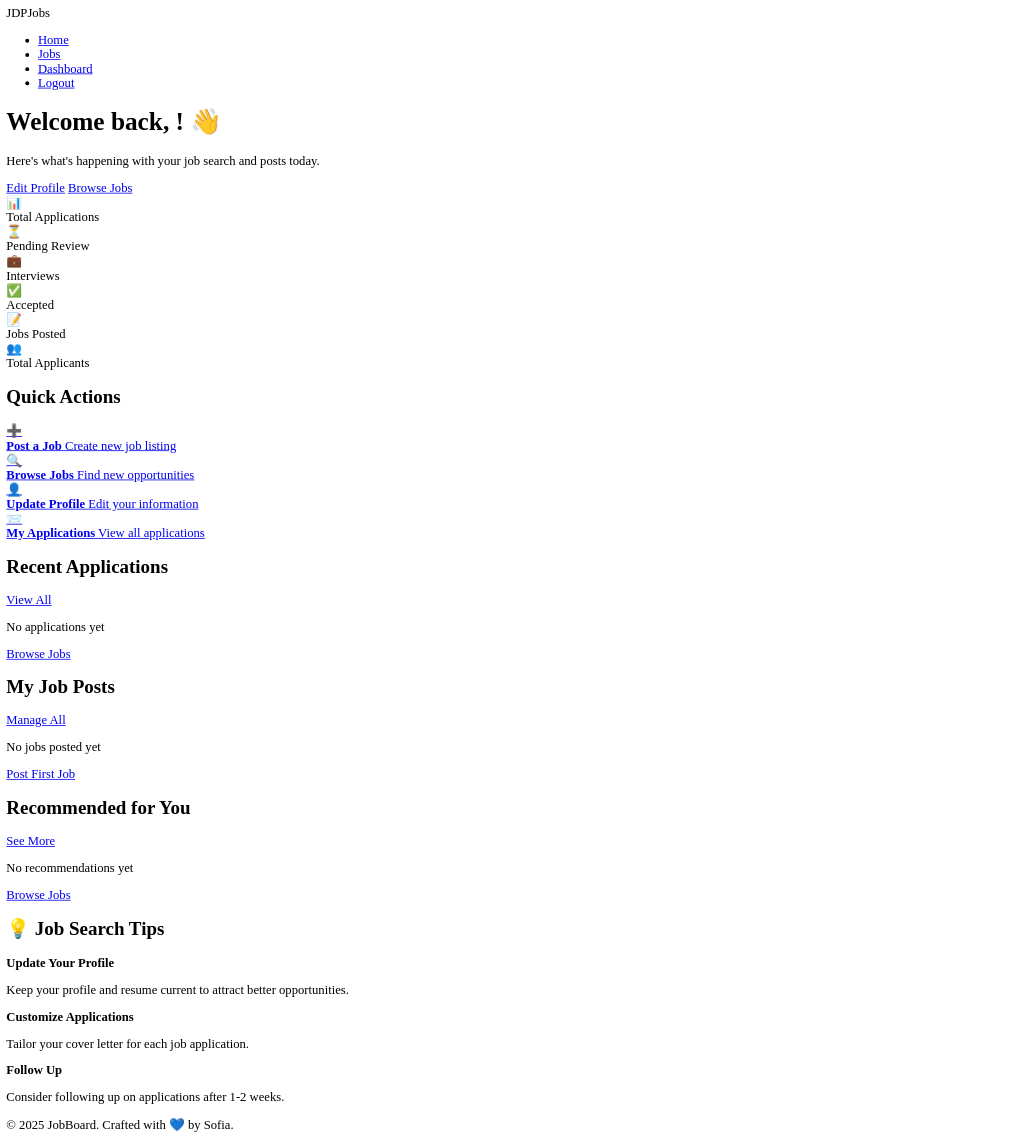
Repository: sofia123776/jobboard
Page: jobs/templates/jobs/dashboard.html
The author's editor kept a copy of each file at every save. The page is drawn from the files as they stood at one save, then again after the next save.
The browser window is 1280 px wide. The pictures show the whole page, at 79% of full size.
The template is drawn by Django 5.2. The application's start-up code is not run. The template is opened directly, without the code that normally fills it, so the values that code supplies are empty.

Above is the page before, as saved 2025-10-13 14:06:36.

After the next save:
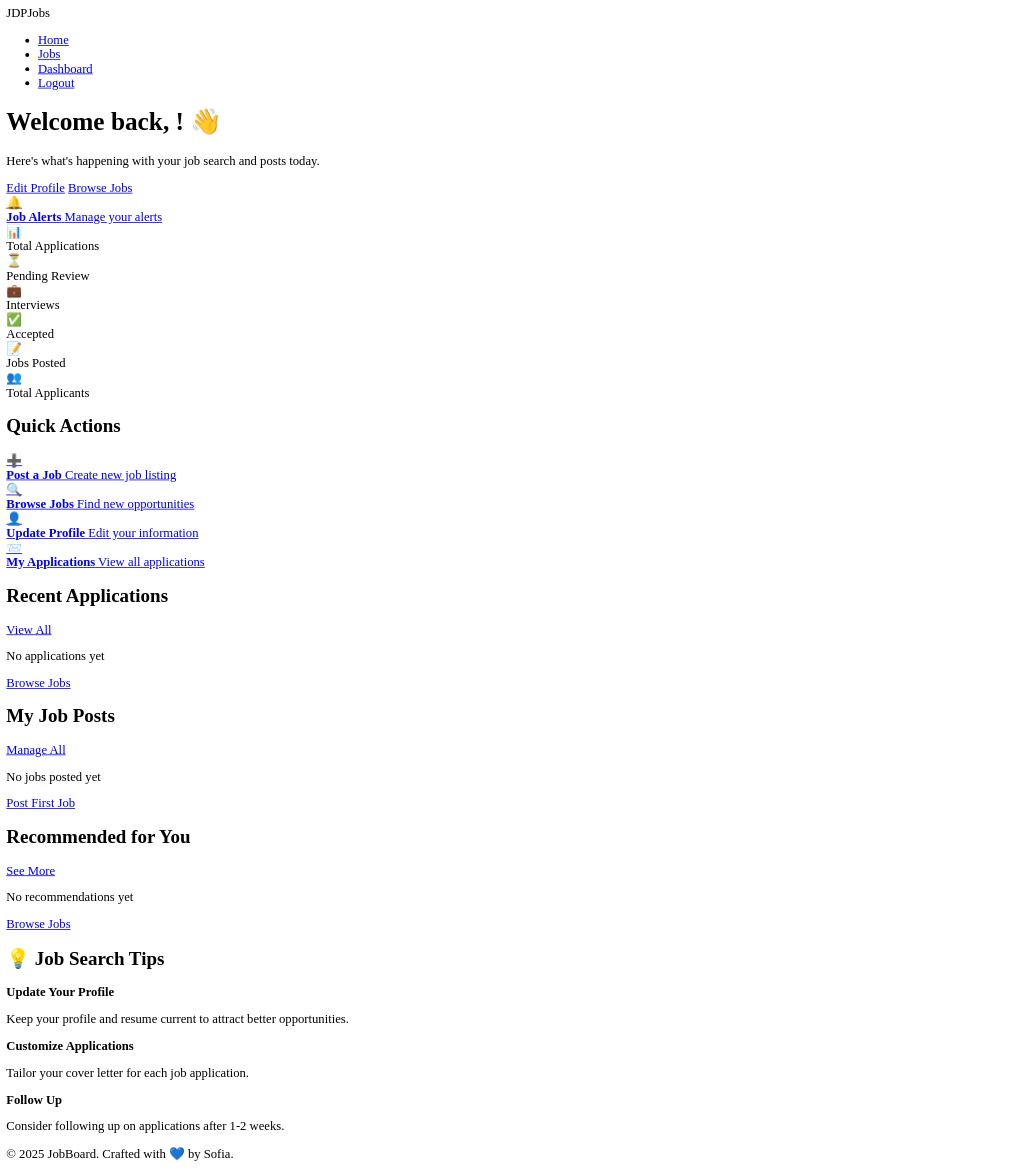
Saved 2 min 11 s later.
--- a/jobs/templates/jobs/dashboard.html
+++ b/jobs/templates/jobs/dashboard.html
@@ -32,6 +32,13 @@
                 <a href="{% url 'job_list' %}" class="btn btn-primary">Browse Jobs</a>
             </div>
         </div>
+        <a href="{% url 'job_alerts' %}" class="quick-action">
+    <div class="action-icon">🔔</div>
+    <div class="action-text">
+         <strong>Job Alerts</strong>
+            <span>Manage your alerts</span>
+        </div>
+</a>
 
         <!-- Quick Stats -->
         <div class="stats-grid">
